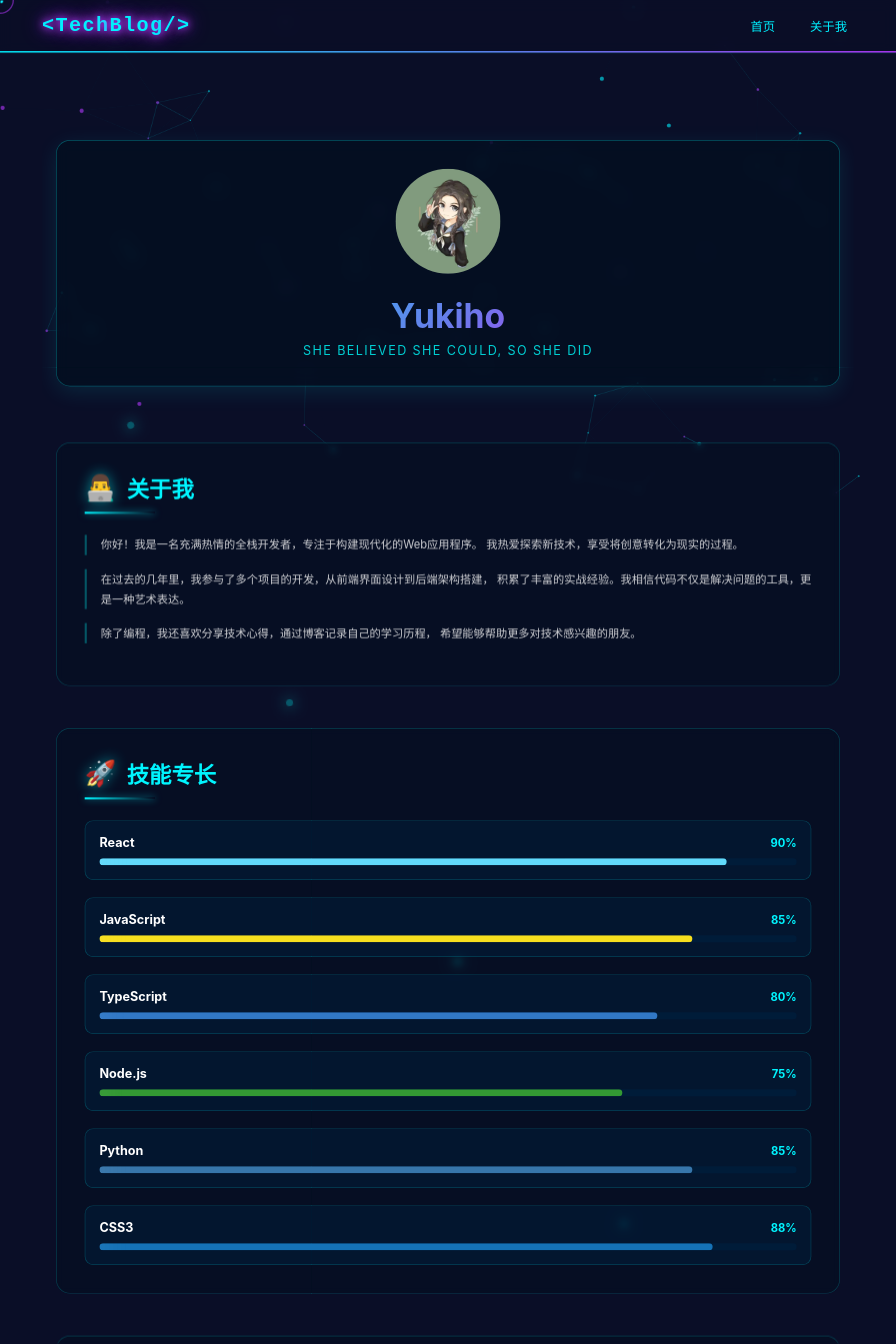
Repository: kyukiho/blog
Page: /about
These files come from the project's save history. The page is drawn as it stood at one moment and after the next save; the edit follows.
The browser window is 1280 px wide. The pictures show the part of the page from y = 0 to 1920 px (the page is 2722 px tall before and 1757 px after), at 70% of full size.
The project was rebuilt for these pictures with package versions that can differ from the ones it lists, and the page was loaded fresh each time. Also part of the build but not shown: vite.config.js, src/components/BlogList.css, src/components/BlogList.jsx, src/components/BlogDetail.css, src/components/BlogDetail.jsx.

Above is the page before, as saved 2026-03-15 21:55:27.

After the next save:
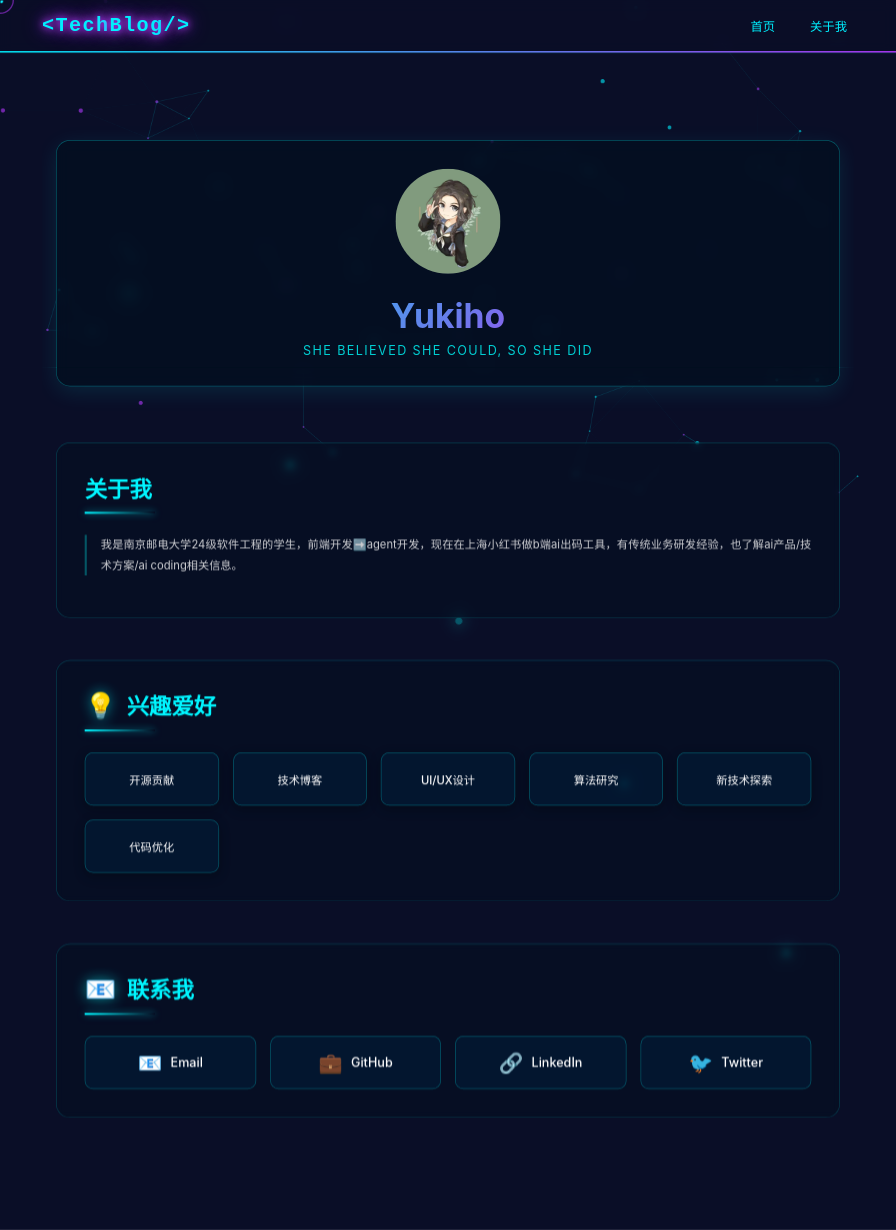
Saved 5 min 23 s later.
--- a/src/components/About.jsx
+++ b/src/components/About.jsx
@@ -3,16 +3,6 @@ import { motion } from 'framer-motion'
 import './About.css'
 
 const About = () => {
-  const [hoveredSkill, setHoveredSkill] = useState(null)
-
-  const skills = [
-    { name: 'React', level: 90, color: '#61DAFB' },
-    { name: 'JavaScript', level: 85, color: '#F7DF1E' },
-    { name: 'TypeScript', level: 80, color: '#3178C6' },
-    { name: 'Node.js', level: 75, color: '#339933' },
-    { name: 'Python', level: 85, color: '#3776AB' },
-    { name: 'CSS3', level: 88, color: '#1572B6' }
-  ]
 
   const containerVariants = {
     hidden: { opacity: 0 },
@@ -36,16 +26,6 @@ const About = () => {
     }
   }
 
-  const skillVariants = {
-    hidden: { width: 0 },
-    visible: (level) => ({
-      width: `${level}%`,
-      transition: {
-        duration: 1.5,
-        ease: 'easeOut'
-      }
-    })
-  }
 
   return (
     <div className="about-container">
@@ -84,61 +64,12 @@ const About = () => {
         {/* 关于我 */}
         <motion.section className="about-section" variants={itemVariants}>
           <h2 className="section-title">
-            <span className="title-icon">👨‍💻</span>
             关于我
           </h2>
           <div className="about-text">
             <p>
-              你好！我是一名充满热情的全栈开发者，专注于构建现代化的Web应用程序。
-              我热爱探索新技术，享受将创意转化为现实的过程。
+              我是南京邮电大学24级软件工程的学生，前端开发➡️agent开发，现在在上海小红书做b端ai出码工具，有传统业务研发经验，也了解ai产品/技术方案/ai coding相关信息。
             </p>
-            <p>
-              在过去的几年里，我参与了多个项目的开发，从前端界面设计到后端架构搭建，
-              积累了丰富的实战经验。我相信代码不仅是解决问题的工具，更是一种艺术表达。
-            </p>
-            <p>
-              除了编程，我还喜欢分享技术心得，通过博客记录自己的学习历程，
-              希望能够帮助更多对技术感兴趣的朋友。
-            </p>
-          </div>
-        </motion.section>
-
-        {/* 技能 */}
-        <motion.section className="skills-section" variants={itemVariants}>
-          <h2 className="section-title">
-            <span className="title-icon">🚀</span>
-            技能专长
-          </h2>
-          <div className="skills-grid">
-            {skills.map((skill, index) => (
-              <motion.div
-                key={skill.name}
-                className="skill-item"
-                onMouseEnter={() => setHoveredSkill(index)}
-                onMouseLeave={() => setHoveredSkill(null)}
-                whileHover={{ scale: 1.05 }}
-              >
-                <div className="skill-header">
-                  <span className="skill-name">{skill.name}</span>
-                  <span className="skill-percentage">{skill.level}%</span>
-                </div>
-                <div className="skill-bar-container">
-                  <motion.div
-                    className="skill-bar"
-                    custom={skill.level}
-                    variants={skillVariants}
-                    initial="hidden"
-                    animate="visible"
-                    style={{
-                      backgroundColor: skill.color,
-                      boxShadow: hoveredSkill === index
-                        ? `0 0 20px ${skill.color}`
-                        : 'none'
-                    }}
-                  />
-                </div>
-              </motion.div>
-            ))}
           </div>
         </motion.section>
 
